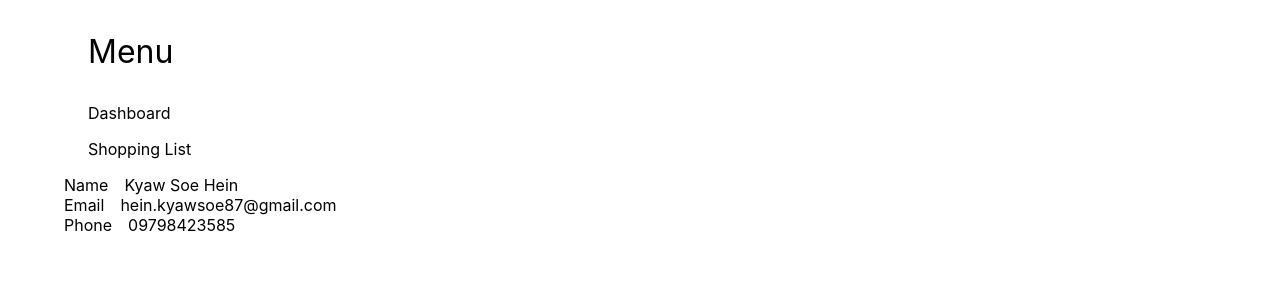
Repository: KyawSoeHein/GoogleAuthReact
Page: /
The author's editor kept a copy of each file at every save. The page is drawn from the files as they stood at one save, then again after the next save.
The browser window is 1280 px wide. The pictures show the whole page.
The project was rebuilt for these pictures with package versions that can differ from the ones it lists, and the page was loaded fresh each time.

Above is the page before, as saved 2022-02-14 18:43:47.

After the next save:
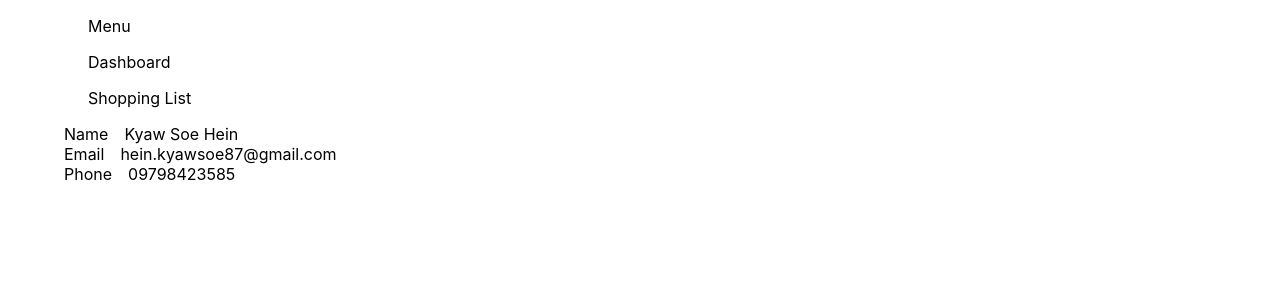
Saved 5 s later.
--- a/src/App.css
+++ b/src/App.css
@@ -38,5 +38,5 @@
 }
 
 .menuSelectionTitle {
-  font-size: 32px;
+  font-size: 16px;
 }
